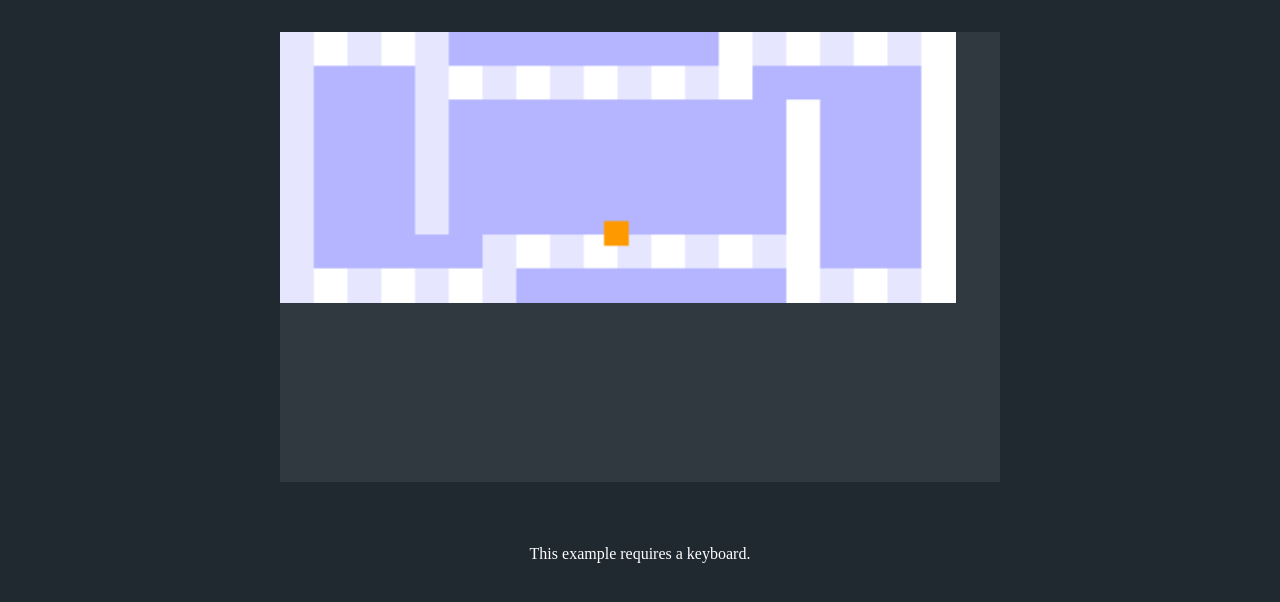
Repository: jh0l/WorldsHardestGame
Page: index.html
The author's editor kept a copy of each file at every save. The page is drawn from the files as they stood at one save, then again after the next save.
The browser window is 1280 px wide. The pictures show the whole page.

Above is the page before, as saved 2018-07-19 00:30:28.

After the next save:
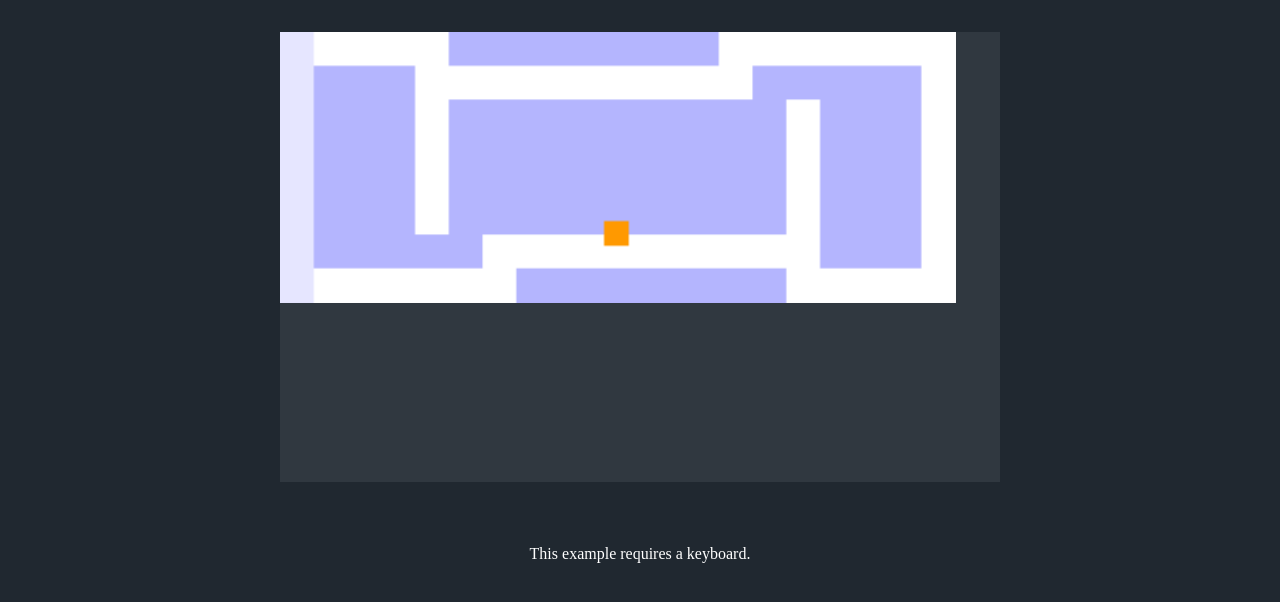
Saved 6 s later.
--- a/src/index.js
+++ b/src/index.js
@@ -30,7 +30,7 @@
   };
   const tileValColor = (val, index) => {
     if (val !== '0') {
-      return index % game.world.columns % 2 === 0 ? "#e6e6ff" : "#fff";
+      return index % game.world.columns === 0 ? "#e6e6ff" : "#fff";
     }
     return "#b4b5fe";
   };
